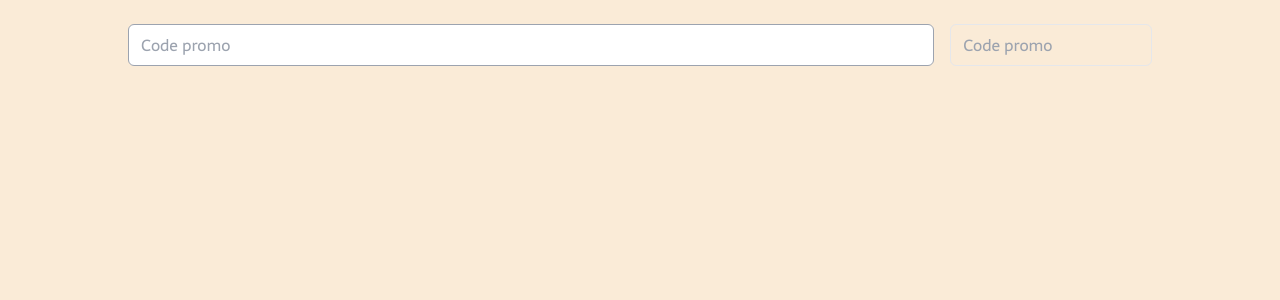
Repository: darlino/gotyu_shopify_section
Page: reduction_input210223/index.html
An editor plug-in stored every save of this project. The page is shown before and after the next save, followed by the edit.
The browser window is 1280 px wide. The pictures show the whole page.
Some web libraries are served in a nearby version.

Above is the page before, as saved 2023-02-21 21:51:26.

### reduction_input210223/index.html
<!DOCTYPE html>
<html lang="en">
  <head>
    <meta charset="UTF-8" />
    <meta http-equiv="X-UA-Compatible" content="IE=edge" />
    <meta name="viewport" content="width=device-width, initial-scale=1.0" />
    <title>Document</title>
    <link rel="preconnect" href="https://fonts.googleapis.com" />
    <link rel="preconnect" href="https://fonts.gstatic.com" crossorigin />
    <link
      href="https://fonts.googleapis.com/css2?family=Sarala&display=swap"
      rel="stylesheet"
    />
    <link rel="stylesheet" href="style.css" />
    <script src="https://cdn.tailwindcss.com"></script>
  </head>
  <body>
    <section id="reduction210223">
      <div class="max-w-[1300px] h-auto flex flex-col mx-auto">
        <div
          class="flex flex-col lg:px-32 px-8 py-6 justify-center items-center"
        >
          <div class="flex flex-row justify-between space-x-4 w-full">
            <input
              type="text"
              class="px-3 w-4/5 py-2 border outline-none border-1 border-gray-400 bg-white rounded-md"
              placeholder="Code promo"
            />
            <input
              type="text"
              class="px-3 w-1/5 py-2 border border-1-slate-100 rounded-md"
              placeholder="Code promo"
            />
          </div>
        </div>
      </div>
    </section>
  </body>
</html>

### reduction_input210223/style.css
* {
  margin: 0;
  padding: 0;
  font-family: "Sarala", sans-serif;
  background-color: antiquewhite;
}

After the next save:
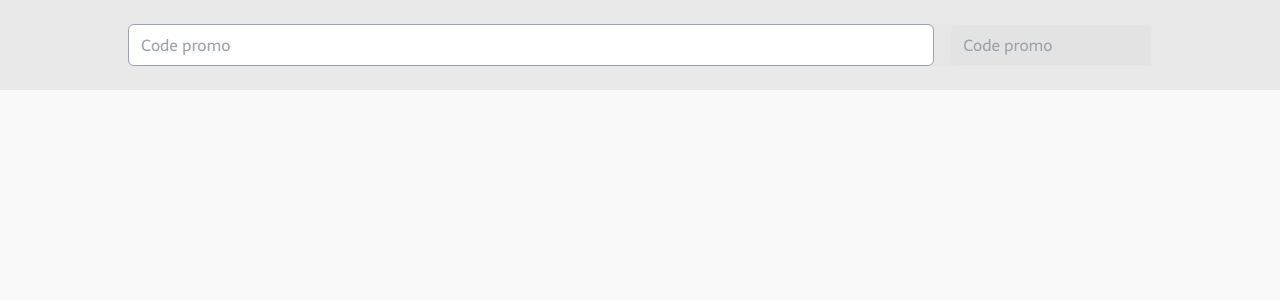
Saved 10 s later.
--- a/reduction_input210223/style.css
+++ b/reduction_input210223/style.css
@@ -2,5 +2,5 @@
   margin: 0;
   padding: 0;
   font-family: "Sarala", sans-serif;
-  background-color: antiquewhite;
+  background-color: rgba(210, 210, 210, 0.13);
 }
